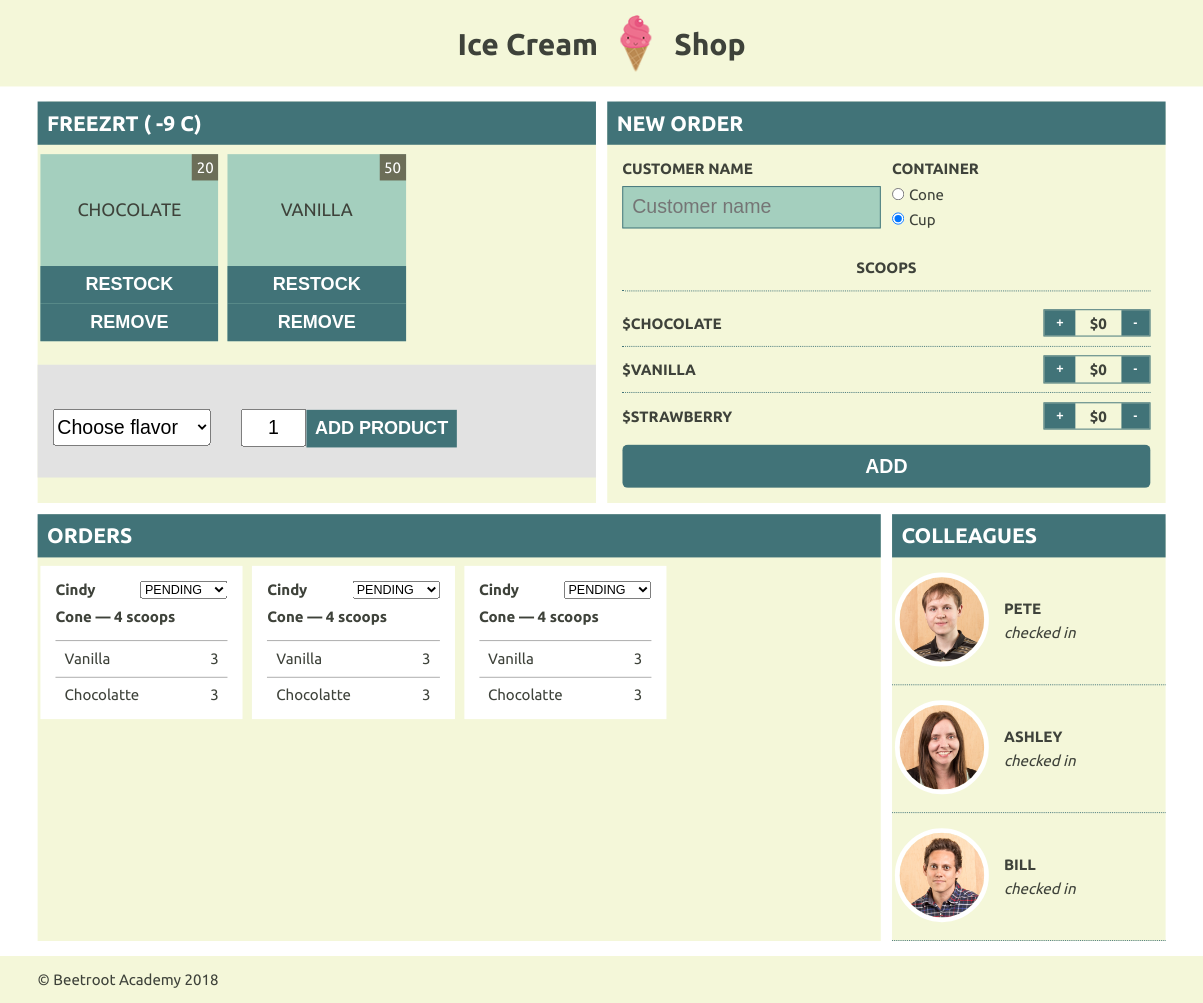
Repository: AlSemyon/Ice_Cream_Shop
Page: /
An editor plug-in stored every save of this project. The page is shown before and after the next save, followed by the edit.
The browser window is 1280 px wide. The pictures show the whole page, at 94% of full size.
The project was rebuilt for these pictures with package versions that can differ from the ones it lists, and the page was loaded fresh each time.

Above is the page before, as saved 2019-01-06 13:21:07.

After the next save:
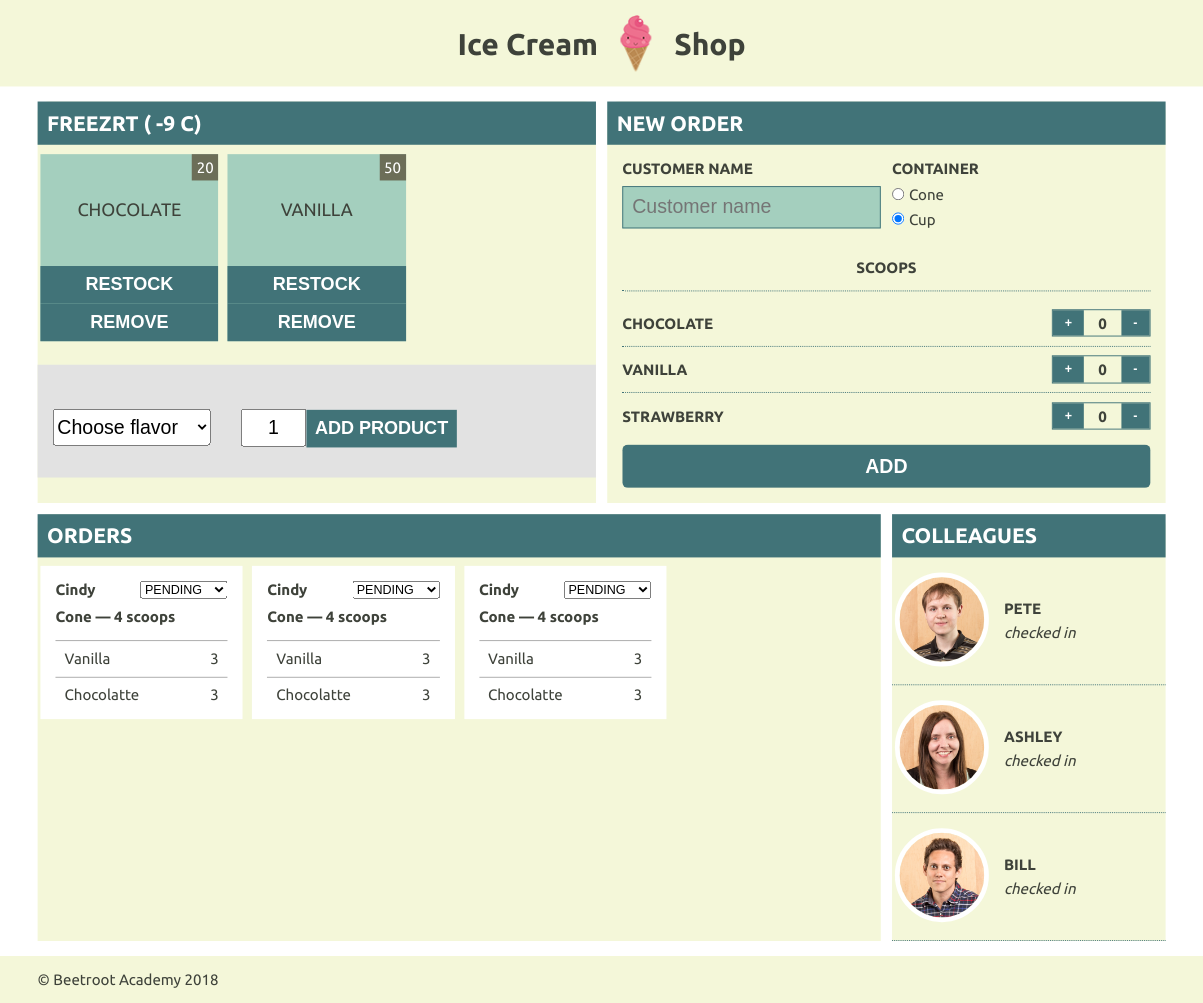
Saved 12 s later.
--- a/src/components/newOrder/OrderScoopes.js
+++ b/src/components/newOrder/OrderScoopes.js
@@ -3,10 +3,10 @@ import PropTypes from 'prop-types'
 
 const OrderScoopes = ({flavor, count}) => (
     <div className="scoop">
-    <div className="scoop__title">${flavor}</div>
+    <div className="scoop__title">{flavor}</div>
     <div className="scoop-buttons">
         <button className="scoop-buttons__item">+</button>
-        <span className="scoop-buttons__count">${count}</span>
+        <span className="scoop-buttons__count">{count}</span>
         <button className="scoop-buttons__item">-</button>
     </div>
 </div>
